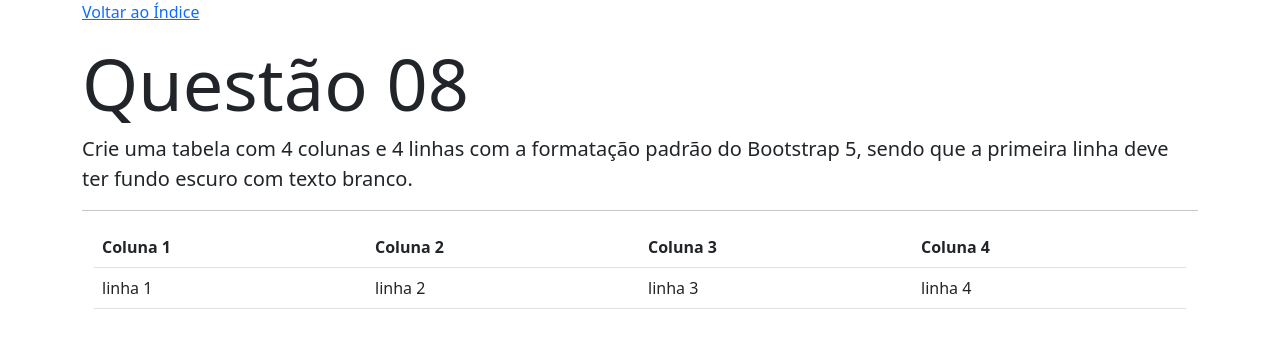
Repository: In-Game-full/Reprograme-se
Page: S-6-InicioBootstrap5/Atividade-pratica-da-semana-1-de-Bootstrap-5-In-Game-full/questao08.html
These files come from the project's save history. The page is drawn as it stood at one moment and after the next save; the edit follows.
The browser window is 1280 px wide. The pictures show the whole page.

Above is the page before, as saved 2023-08-28 22:02:22.

### S-6-InicioBootstrap5/Atividade-pratica-da-semana-1-de-Bootstrap-5-In-Game-full/questao08.html
<!DOCTYPE html>
<html lang="pt-br">

<head>
    <meta charset="UTF-8">
    <meta http-equiv="X-UA-Compatible" content="IE=edge">
    <meta name="viewport" content="width=device-width, initial-scale=1.0">
    <link href="https://cdn.jsdelivr.net/npm/bootstrap@5.2.2/dist/css/bootstrap.min.css" rel="stylesheet">
    <script src="https://cdn.jsdelivr.net/npm/bootstrap@5.2.2/dist/js/bootstrap.bundle.min.js"></script>
    <link rel="stylesheet" href="estilos.css">
    <title>Questão 08</title>
</head>

<body>
    <div class="container">
        <p><a href="index.html">Voltar ao Índice</a></p>
        <h1 class="display-2">Questão 08</h1>
        <p class="lead">Crie uma tabela com 4 colunas e 4 linhas com a formatação padrão do Bootstrap 5, sendo que a primeira linha deve ter fundo escuro com texto branco.</p>
        <hr>
        <!-- Valor: 1.5 pontos -->
        <!-- FAZER AQUI -->
        <div class="container">
            <table class="table">
                <thead class="table">
                    <tr>
                        <th>Coluna 1</th>
                        <th>Coluna 2</th>
                        <th>Coluna 3</th>
                        <th>Coluna 4</th>
                    </tr>
                </thead>
                <tbody>
                    <tr>
                        <td>linha 1</td>
                        <td>linha 2</td>
                        <td>linha 3</td>
                        <td>linha 4</td>
                    </tr>
                </tbody>
            </table>
        </div>
    </div>
</body>

</html>

### S-6-InicioBootstrap5/Atividade-pratica-da-semana-1-de-Bootstrap-5-In-Game-full/estilos.css
div {
    height: 120px;

}

After the next save:
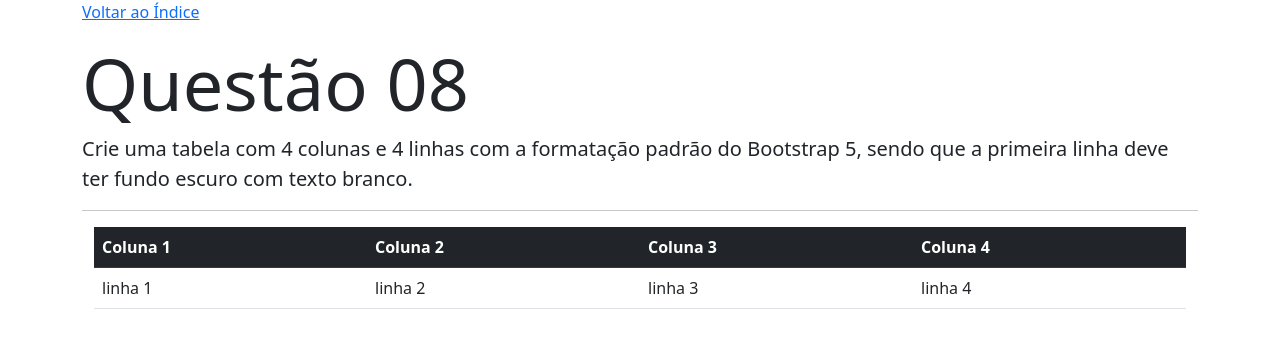
Saved 6 s later.
--- a/S-6-InicioBootstrap5/Atividade-pratica-da-semana-1-de-Bootstrap-5-In-Game-full/questao08.html
+++ b/S-6-InicioBootstrap5/Atividade-pratica-da-semana-1-de-Bootstrap-5-In-Game-full/questao08.html
@@ -21,7 +21,7 @@
         <!-- FAZER AQUI -->
         <div class="container">
             <table class="table">
-                <thead class="table">
+                <thead class="table-dark">
                     <tr>
                         <th>Coluna 1</th>
                         <th>Coluna 2</th>
